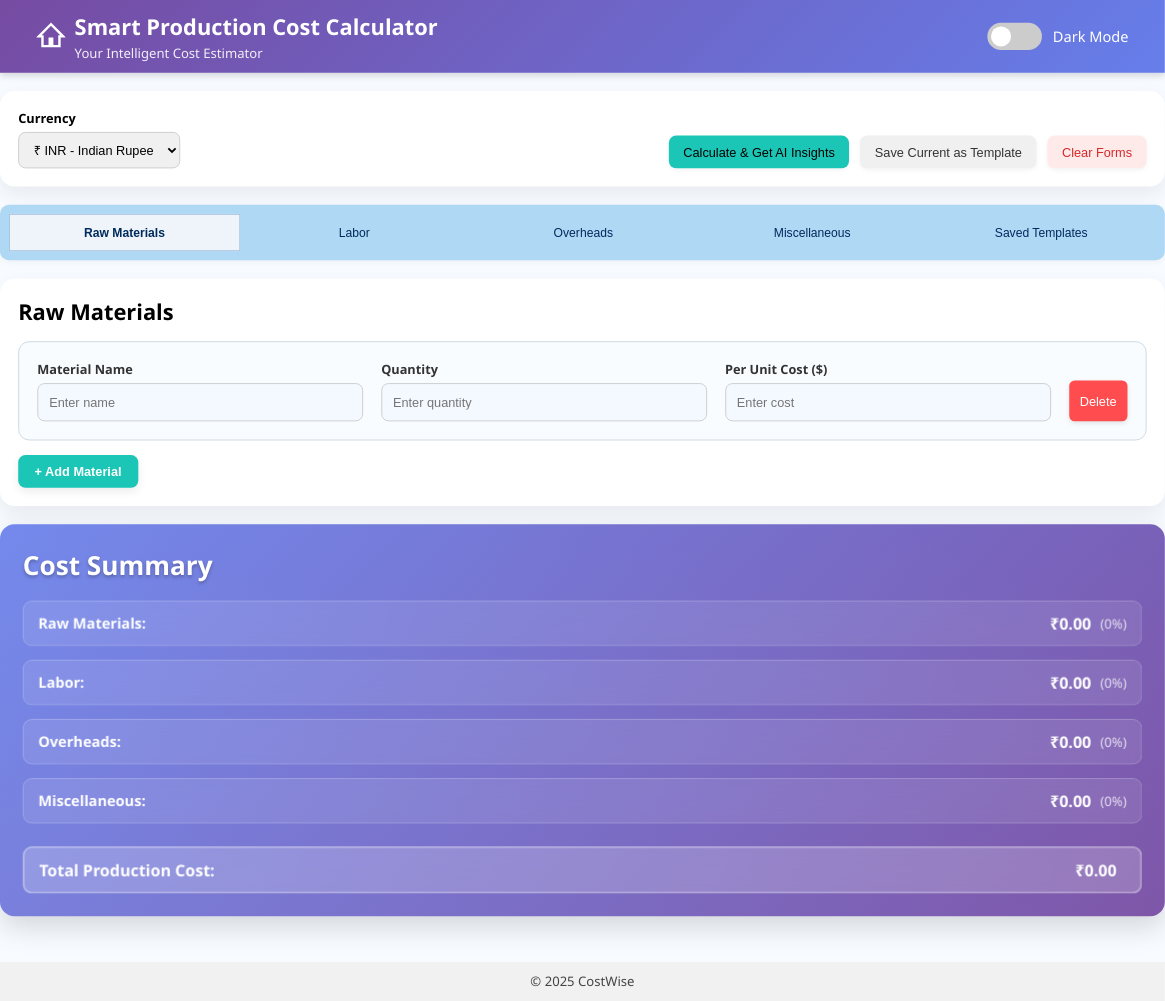
Repository: syntaxion25/COSTWISE
Page: index.html
These files come from the project's save history. The page is drawn as it stood at one moment and after the next save; the edit follows.
The browser window is 1280 px wide. The pictures show the whole page, at 91% of full size.

Above is the page before, as saved 2025-06-13 19:16:05.

After the next save:
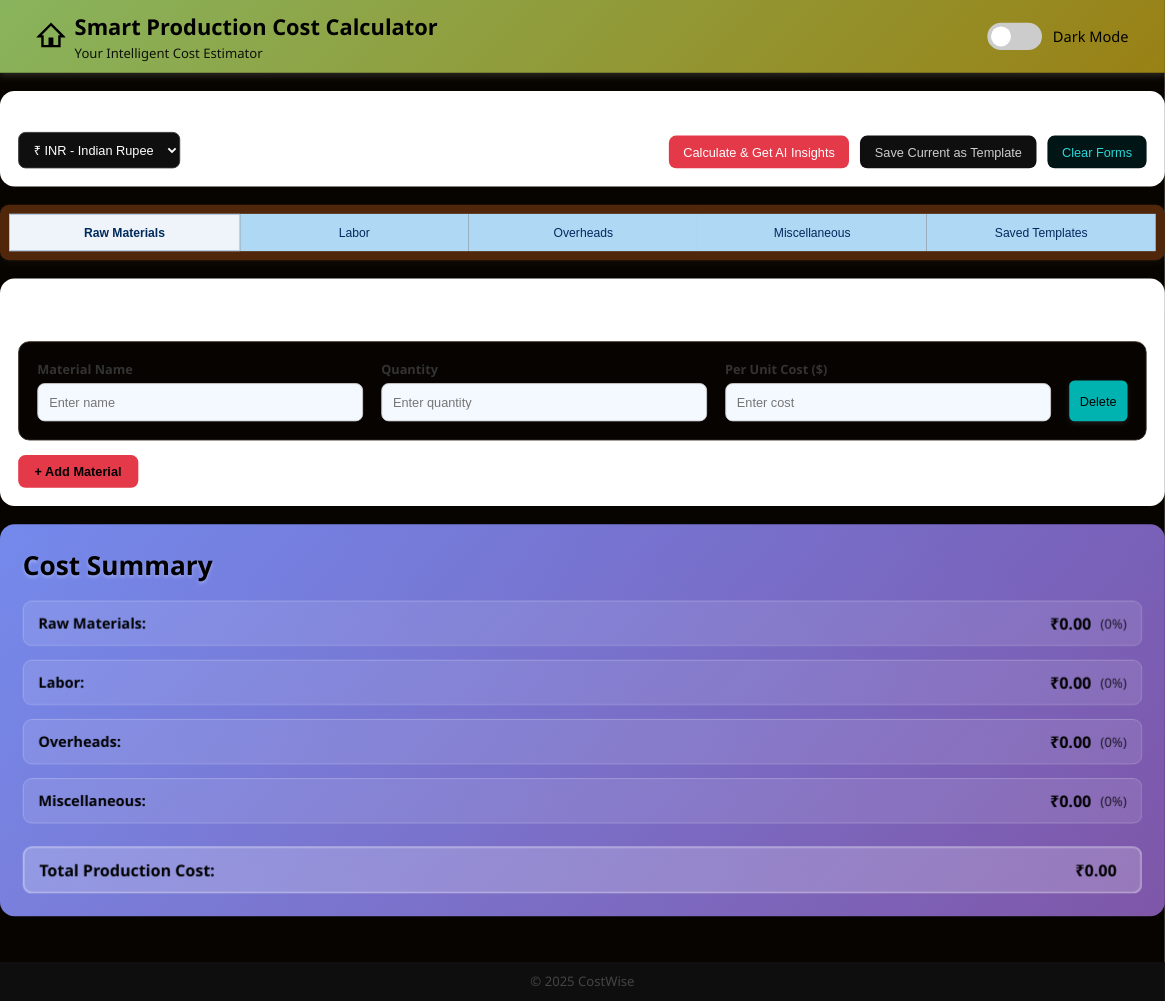
Saved 50 s later.
--- a/style.css
+++ b/style.css
@@ -2,7 +2,7 @@
   margin: 0;
   padding: 0;
   box-sizing: border-box;
-  color : invert;
+  filter : invert(100%);
 }
 
 body {

After the save that followed:
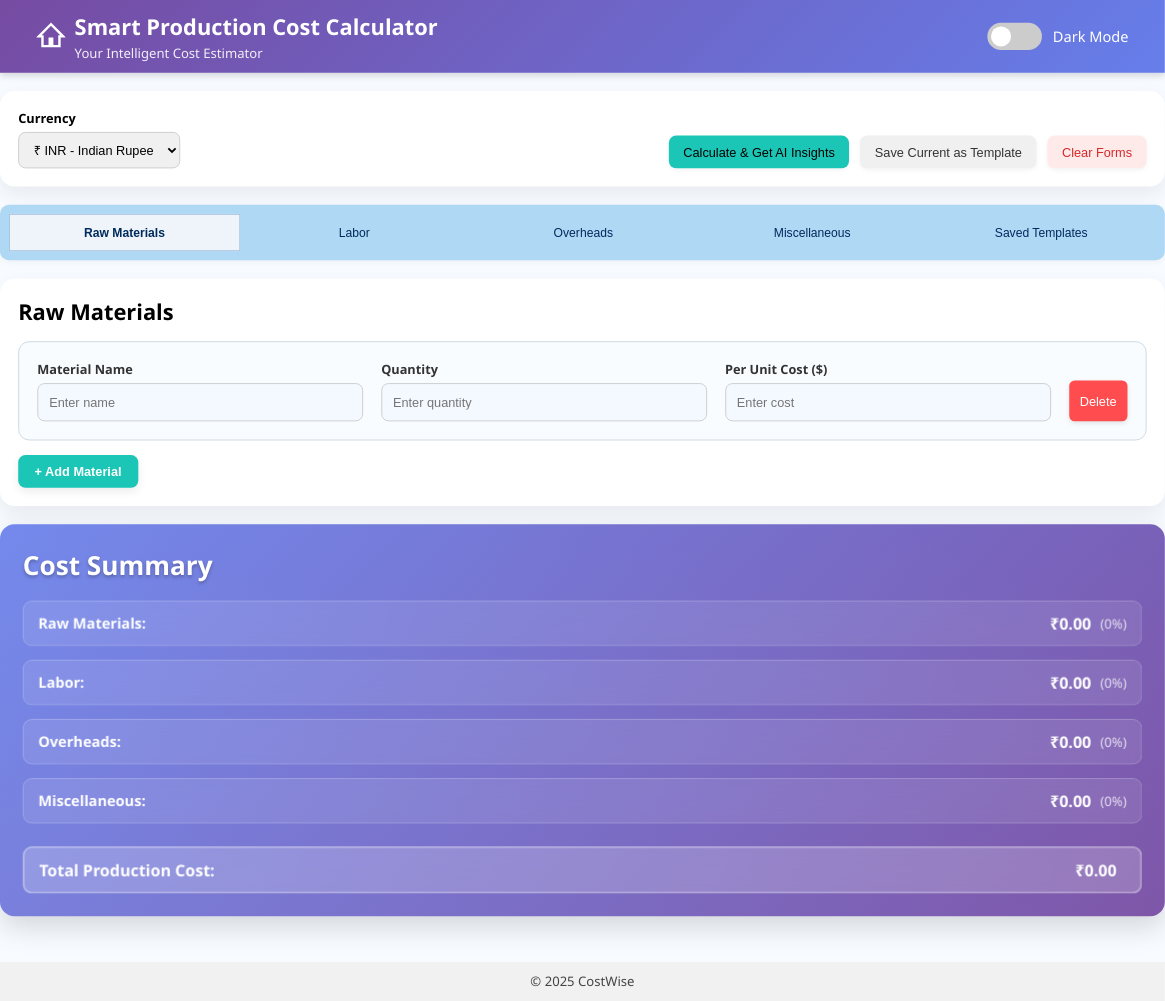
Saved 13 s later.
--- a/style.css
+++ b/style.css
@@ -2,7 +2,6 @@
   margin: 0;
   padding: 0;
   box-sizing: border-box;
-  filter : invert(100%);
 }
 
 body {
